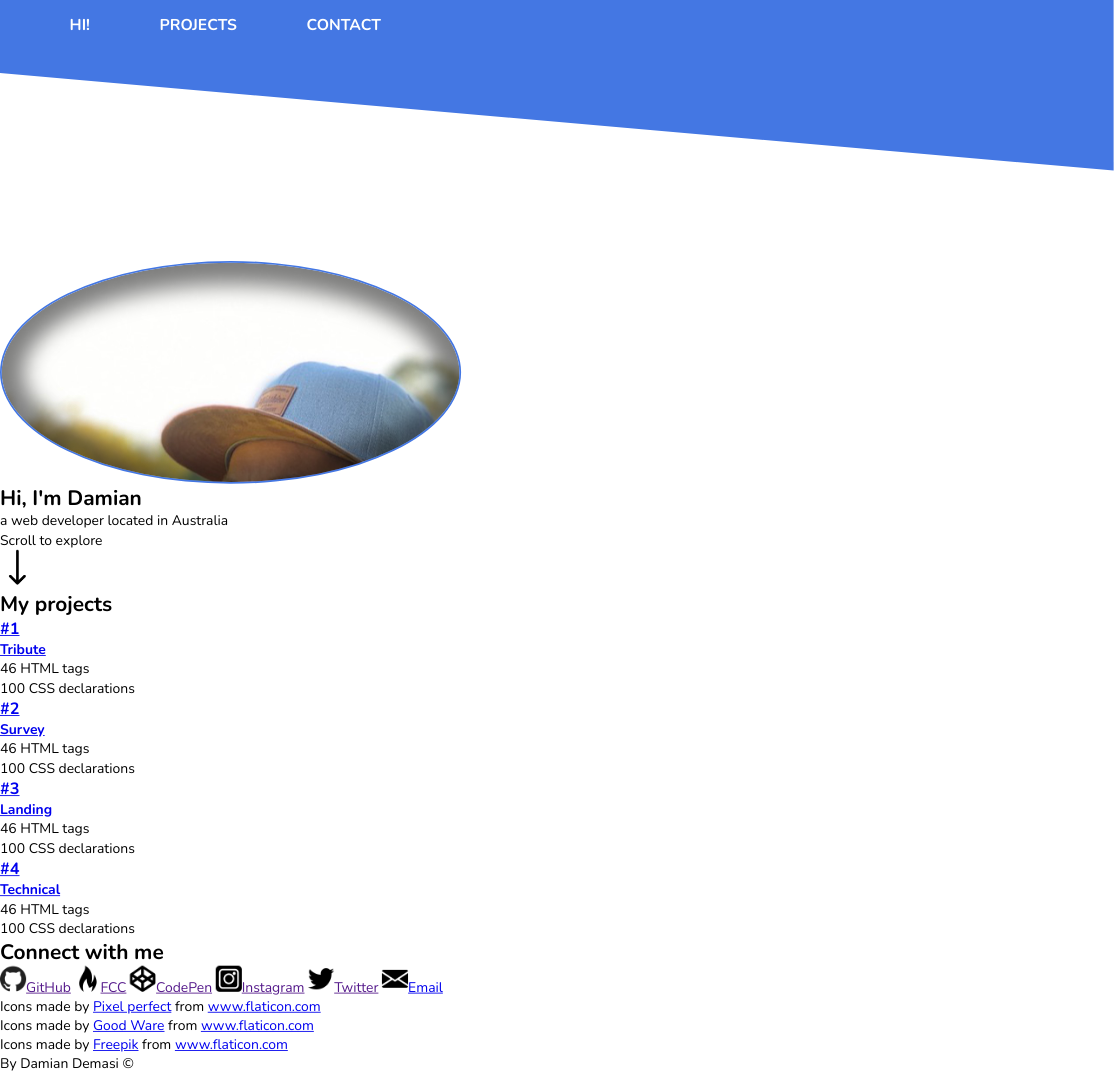
Repository: Colo-Codes/freecodecamp-05-Personal-Portfolio-Webpage
Page: index.html
An editor plug-in stored every save of this project. The page is shown before and after the next save, followed by the edit.
The browser window is 1280 px wide. The pictures show the whole page, at 87% of full size.

Above is the page before, as saved 2021-06-03 11:48:34.

After the next save:
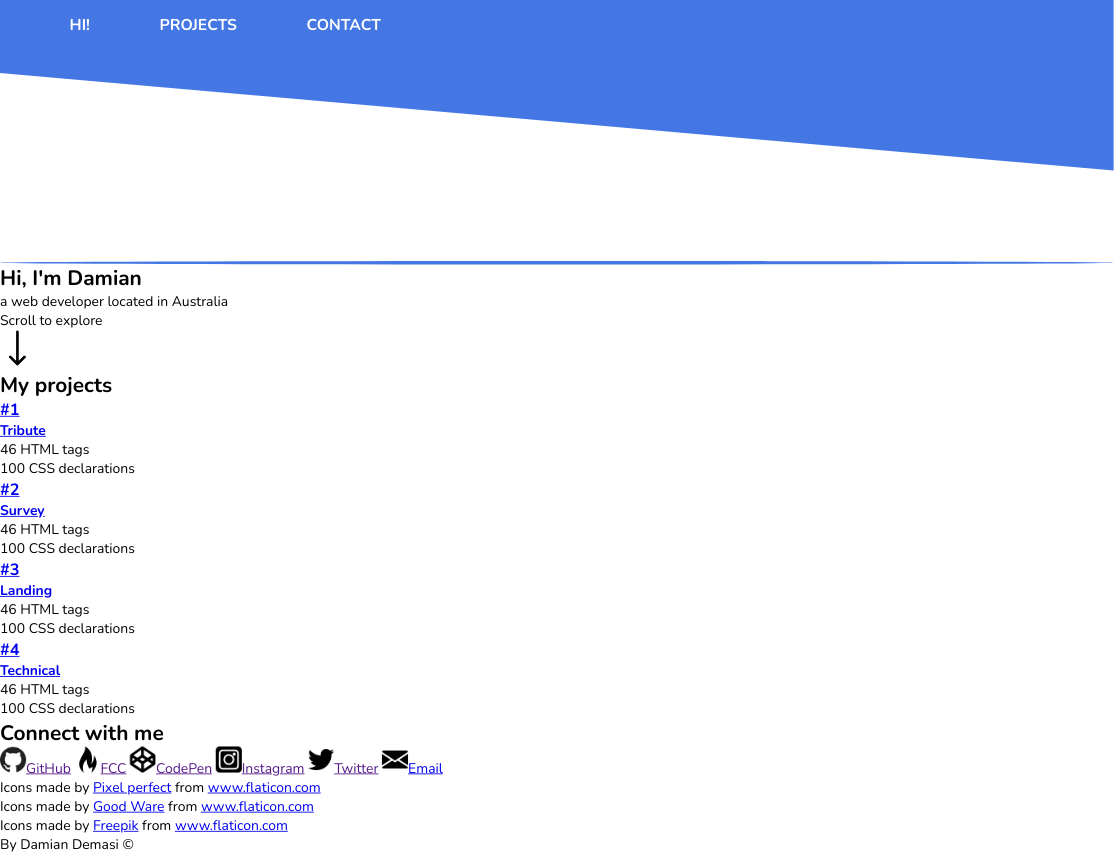
Saved 22 s later.
--- a/css/index.css
+++ b/css/index.css
@@ -57,8 +57,8 @@ body {
 
 #hero-img {
     border-radius: 50%;
-    min-height: 16rem;
-    min-width: 16rem;
+    min-height: 100%;
+    min-width: 100%;
     max-height: 33.125rem;
     max-width: 33.125rem;
     border: 2px solid #4477E3;
